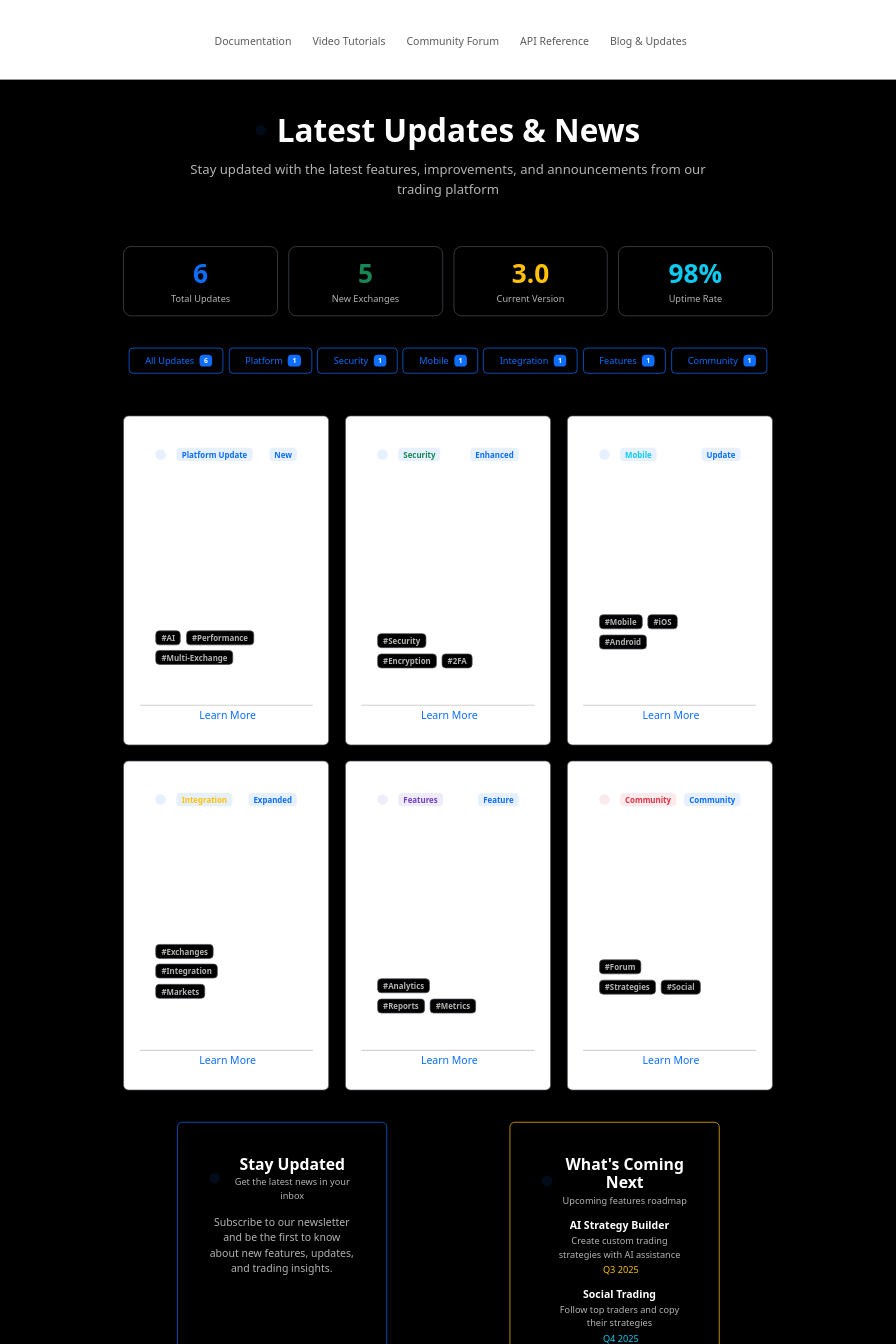
Repository: Kevin-Pro-Codes/halo-trading
Page: /
An editor plug-in stored every save of this project. The page is shown before and after the next save, followed by the edit.
The browser window is 1280 px wide. The pictures show the part of the page from y = 2994 to 4914 px (the page is 12194 px tall), at 70% of full size.
The page's requests for data from a server got no answer. The project was rebuilt for these pictures with package versions that can differ from the ones it lists, and the page was loaded fresh each time. Some packages were replaced by stand-ins written for this rebuild. No one was signed in, and anything a server would have sent is missing. Also part of the build but not shown: vite.config.js, src/styles/DocStyle.css, src/styles/PricingStyle.css.

Above is the page before, as saved 2025-12-09 15:58:55.

After the next save:
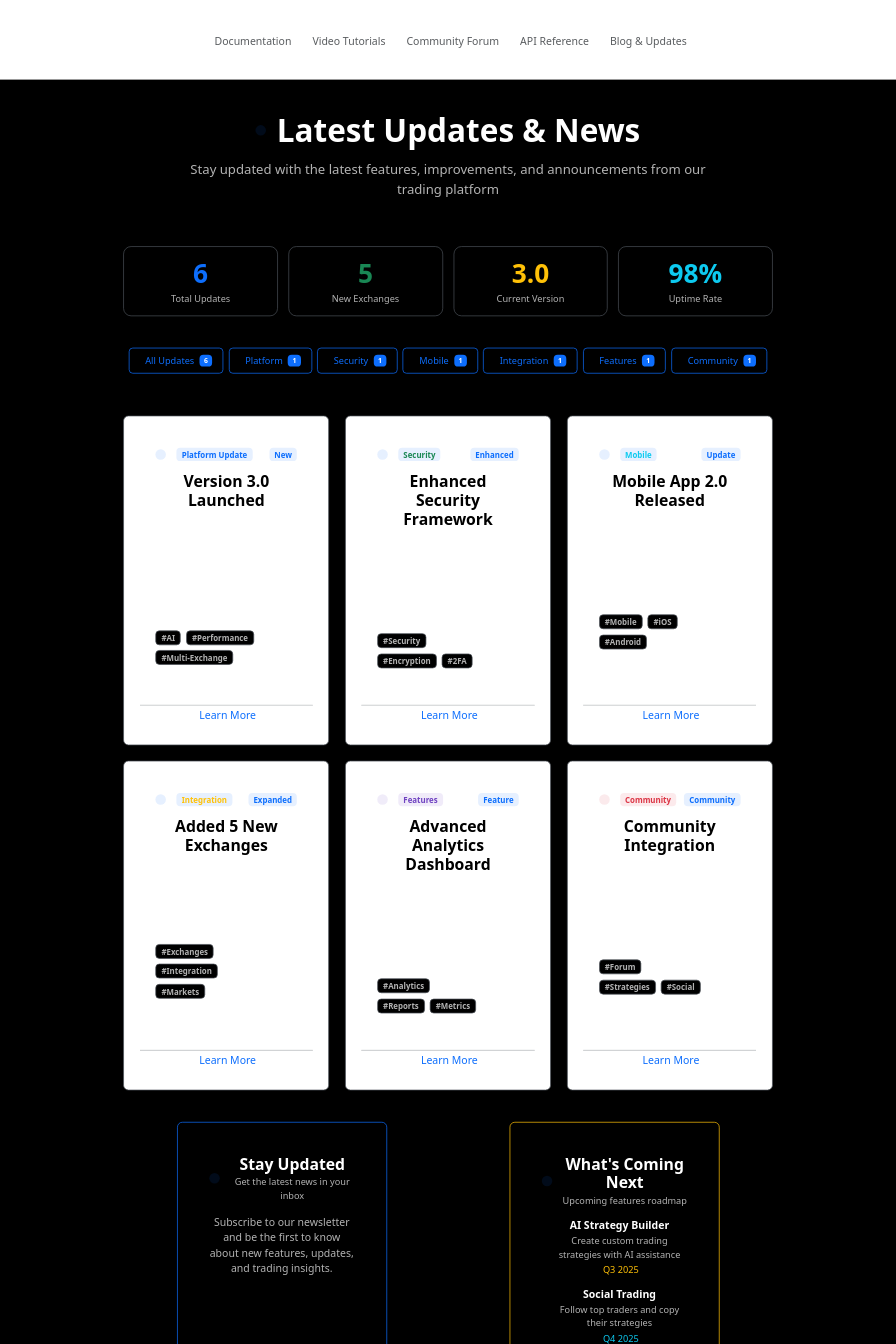
Saved 24 s later.
--- a/src/components/LatestSection.jsx
+++ b/src/components/LatestSection.jsx
@@ -170,7 +170,7 @@ const LatestSection = () => {
                         </span>
                       </div>
 
-                      <h4 className="fw-bold mb-3 text-white">{update.title}</h4>
+                      <h4 className="fw-bold mb-3 text-black">{update.title}</h4>
                       <p className="text-white-50 mb-4">{update.description}</p>
 
                       <div className="d-flex justify-content-between align-items-center mt-auto">
